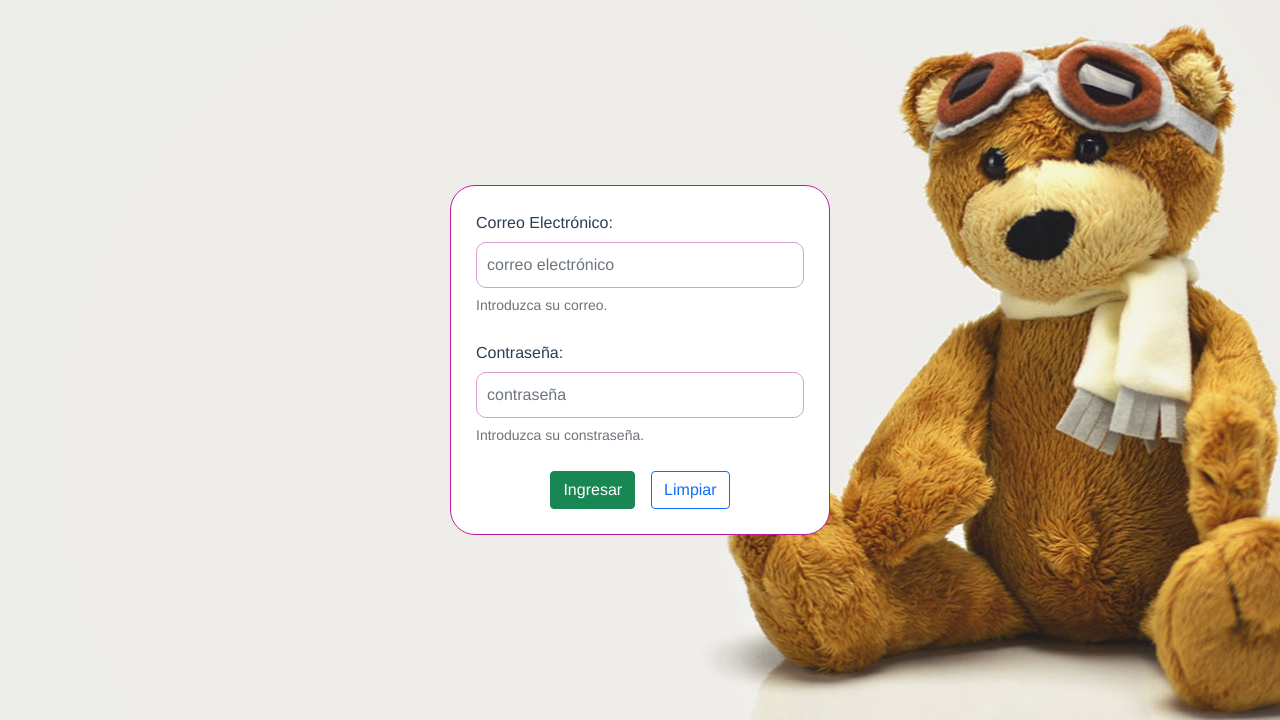
Repository: Darigo30/prueba-jugueteria
Page: /login
The author's editor kept a copy of each file at every save. The page is drawn from the files as they stood at one save, then again after the next save.
The browser window is 1280 px wide. The pictures show the whole page.
Some web fonts or font styles are not loaded; a fallback is used. The project was rebuilt for these pictures with package versions that can differ from the ones it lists, and the page was loaded fresh each time. Also part of the build but not shown: src/components/Editar.vue, src/components/Tabla.vue, src/components/Agregar.vue, src/views/Home.vue.

Above is the page before, as saved 2021-05-30 21:26:58.

### public/index.html
<!DOCTYPE html>
<html lang="">
  <head>
    <meta charset="utf-8">
    <meta http-equiv="X-UA-Compatible" content="IE=edge">
    <meta name="viewport" content="width=device-width,initial-scale=1.0">
    <link rel="icon" href="<%= BASE_URL %>favicon.ico">
    <link rel="preconnect" href="https://fonts.gstatic.com">
    <link href="https://fonts.googleapis.com/css2?family=Londrina+Solid:wght@300;400;900&display=swap" rel="stylesheet">
    <title><%= htmlWebpackPlugin.options.title %></title>
  </head>
  <body>
    <noscript>
      <strong>We're sorry but <%= htmlWebpackPlugin.options.title %> doesn't work properly without JavaScript enabled. Please enable it to continue.</strong>
    </noscript>
    <div id="app"></div>
    <!-- built files will be auto injected -->
  </body>
</html>

### src/main.js
import Vue from "vue";
import App from "./App.vue";
import router from "./router";
import store from "./store";
import { BootstrapVue, IconsPlugin } from "bootstrap-vue";

import "bootstrap/dist/css/bootstrap.css";
import "bootstrap-vue/dist/bootstrap-vue.css";

Vue.use(BootstrapVue);
Vue.use(IconsPlugin);

Vue.config.productionTip = false;

import firebase from "firebase";
import { firebaseConfig } from "../firebase";

firebase.initializeApp(firebaseConfig);

router.beforeEach((to, from, next) => {
  const isAuthenticated = localStorage.getItem("login");

  if (to.name !== "Login" && isAuthenticated !== "logueado")
    next({ name: "Login" });
  else if (to.name === "Login" && isAuthenticated === "logueado")
    next({ name: "Home" });
  else next();
});

new Vue({
  router,
  store,
  render: (h) => h(App),
}).$mount("#app");

### src/App.vue
<template>
  <div id="app">
    <router-view />
  </div>
</template>

<script>
import { mapActions } from "vuex";

export default {
  name: "App",
  methods: {
    ...mapActions(["getProductos"]),
  },
  created() {
    this.getProductos();
  },
};
</script>

<style lang="scss">
#app {
  font-family: Avenir, Helvetica, Arial, sans-serif;
  -webkit-font-smoothing: antialiased;
  -moz-osx-font-smoothing: grayscale;
  text-align: center;
  color: #2c3e50;
}

#nav {
  padding: 30px;

  a {
    font-weight: bold;
    color: #2c3e50;

    &.router-link-exact-active {
      color: #42b983;
    }
  }
}
</style>

### src/router/index.js
import Vue from "vue";
import VueRouter from "vue-router";
import Home from "../views/Home.vue";

Vue.use(VueRouter);

const routes = [
  {
    path: "/",
    name: "Home",
    component: Home,
  },
  {
    path: "/about",
    name: "About",
    // route level code-splitting
    // this generates a separate chunk (about.[hash].js) for this route
    // which is lazy-loaded when the route is visited.
    component: () =>
      import(/* webpackChunkName: "about" */ "../views/About.vue"),
  },
  {
    path: "/login",
    name: "Login",
    component: () =>
      import(/* webpackChunkName: "login" */ "../views/Login.vue"),
  },
];


const router = new VueRouter({
  mode: "history",
  base: process.env.BASE_URL,
  routes,
});

export default router;

### src/store/index.js
import Vue from "vue";
import Vuex from "vuex";
import firebase from "firebase";
import router from "@/router"

Vue.use(Vuex);

export default new Vuex.Store({
  state: {
    productos: [],
    titulos: [
      {
        label: "Código",
        key: "codigo",
      },
      {
        label: "Producto",
        key: "nombre",
      },
      {
        label: "Stock",
        key: "stock",
      },
      {
        label: "Precio",
        key: "precio",
      },
      {
        key: "actions",
        label: "Acciones",
      },
    ],
    editar: false,
    jugueteEditar: {
      nombre: "",
      precio: "",
      codigo: "",
      id: "",
      stock: "",
    },
  },
  mutations: {
    guardarProductos(state, payload) {
      const juguete = payload;
      if (!juguete) return;
      state.productos.push(juguete);
    },
    borrarProducto(state, payload) {
      const juguete = payload;
      if (!juguete) return;
      let borradoFila = state.productos.filter(juguetex => juguetex.codigo != payload.codigo );
      state.productos = borradoFila;
      console.log(borradoFila);
    },
    booleanEditar(state) {
      state.editar = true;
    },
    editarJuguete(state, payload) {
      const juguete = payload;
      state.jugueteEditar = juguete;
    },
    agregarJugueteAlState(state, payload) {
      const existeJuguete = state.productos.find((juguetito) => juguetito.codigo === payload.codigo);
       // Si no existe ingresar a la base de datos.
       if (!existeJuguete) state.productos.push(payload);
    }
  },
  actions: {
    async getProductos({ commit }) {
      const db = firebase.firestore();
      try {
        const req = await db.collection("juguetes").get();
        if (req) {
          req.docs.forEach((juguete) => {
            const obj = juguete.data();
            const id = juguete.id;
            obj.id = id;
            commit("guardarProductos", obj);
          });
        }
      } catch (error) {
        console.log(error);
      }
    },
    async deleteProducto({ commit }, payload) {
      const juguete = payload;
      if (!juguete) return;
      const idFirebase = juguete.id;

      // Eliminar desde Firebase
      try {
        const db = firebase.firestore();
        const req = await db.collection("juguetes").doc(idFirebase).delete();
        console.log(req);
      } catch (error) {
        console.log(error);
      }

      // Eliminar desde Vuex
      commit("borrarProducto", juguete);
    },
    //actualizar tabla juguetes
    async updateProducto({ commit }, payload) {
      const juguete = payload;
      if (!juguete) return;
      const idFirebase = juguete.id;

      // Firebase
      try {
        const req = await firebase.firestore().collection("juguetes").doc(idFirebase).update({
            codigo: juguete.codigo,
            stock: juguete.stock,
            nombre: juguete.nombre,
            precio: juguete.precio
          });
        console.log(req);
      } catch (error) {
        console.log(error);
      }
      // Vuex
      commit();
    },
    //Agrego nuevo producto
    async crearNuevoProducto({ commit }, payload) {
      const nuevo = payload;
      if (!nuevo) return;
     // Actualizar el state
      commit("agregarJugueteAlState", nuevo);
      await firebase.firestore().collection("juguetes").add(nuevo);
    },
    cerrar(){
      localStorage.removeItem("login")
      firebase.auth().signOut()
      .then(() => {
          router.push('/login')
          .catch(error => {
            console.info(error)
         });
      });
  }
  },
  modules: {},
});

### firebase.js
// import firebase from "firebase";

const firebaseConfig = {
  apiKey: "AIzaSyDvwglZwsMT4GnbYgCJ6nH0Bmr47wSCZrA",
  authDomain: "bd-dari.firebaseapp.com",
  projectId: "bd-dari",
  storageBucket: "bd-dari.appspot.com",
  messagingSenderId: "200953098330",
  appId: "1:200953098330:web:2519dca58d3ee2c2336863",
  measurementId: "G-12NBXGDB2J"
};
export { firebaseConfig };

### src/views/Login.vue
<template>
<div class="bg">
   <b-container>
    <b-row style="height: 100vh">
      <b-col class="m-auto fo" cols="12" md="4">
        <b-form-group
          label="Correo Electrónico:"
          description="Introduzca su correo."
          class="text-start mb-4"
        >
          <b-form-input
            v-model="form.email"
            type="email"
            placeholder="correo electrónico"
          ></b-form-input>
        </b-form-group>

        <b-form-group
          label="Contraseña:"
          description="Introduzca su constraseña."
          class="text-start mb-4"
        >

          <b-form-input
            v-model="form.pass"
            type="password"
            placeholder="contraseña"
          ></b-form-input>
        </b-form-group>

        <b-button @click="login" variant="success" class="me-3"
          >Ingresar</b-button
        >
        <b-button @click="limpiar" variant="outline-primary">Limpiar</b-button>
      </b-col>
    </b-row>
  </b-container>
</div>

</template>

<script>
import firebase from "firebase";

export default {
  name: "Login",
  data() {
    return {
      form: {
        email: "",
        pass: "",
      },
    };
  },
  methods: {
    async login() {
      try {
        if (!this.form && !this.form.email && !this.form.pass) return;
        const req = await firebase
          .auth()
          .signInWithEmailAndPassword(this.form.email, this.form.pass);
        console.log(req);
        // if (req && req != null) this.$router.push("/");

        if (req && req != null) {
          localStorage.setItem("login", "logueado");
          this.$router.push("/");
        }
      } catch (error) {
        const errorCode = error.code;
        const errorMessage = error.message;
        console.log("Código de Error", errorCode);
        console.log("Mensaje de Error", errorMessage);
      }
    },
    limpiar() {
      if (!this.form) return;
      this.form.email = "";
      this.form.pass = "";
    },
  },
};
</script>
<style scoped>
    .bg{
      background-image: url('../assets/osito.jpg');
      background-position: center;
      background-repeat: no-repeat;
  }
  .fo{
    background: #fff;
    padding: 25px;
    border: 1px solid #c1189f;
    border-radius: 25px;
  }

  .form-control{
    border: 1px solid #d99dcd;
    border-radius: 10px;
    margin: 5px 0;
    padding: 10px;
}
</style>

After the next save:
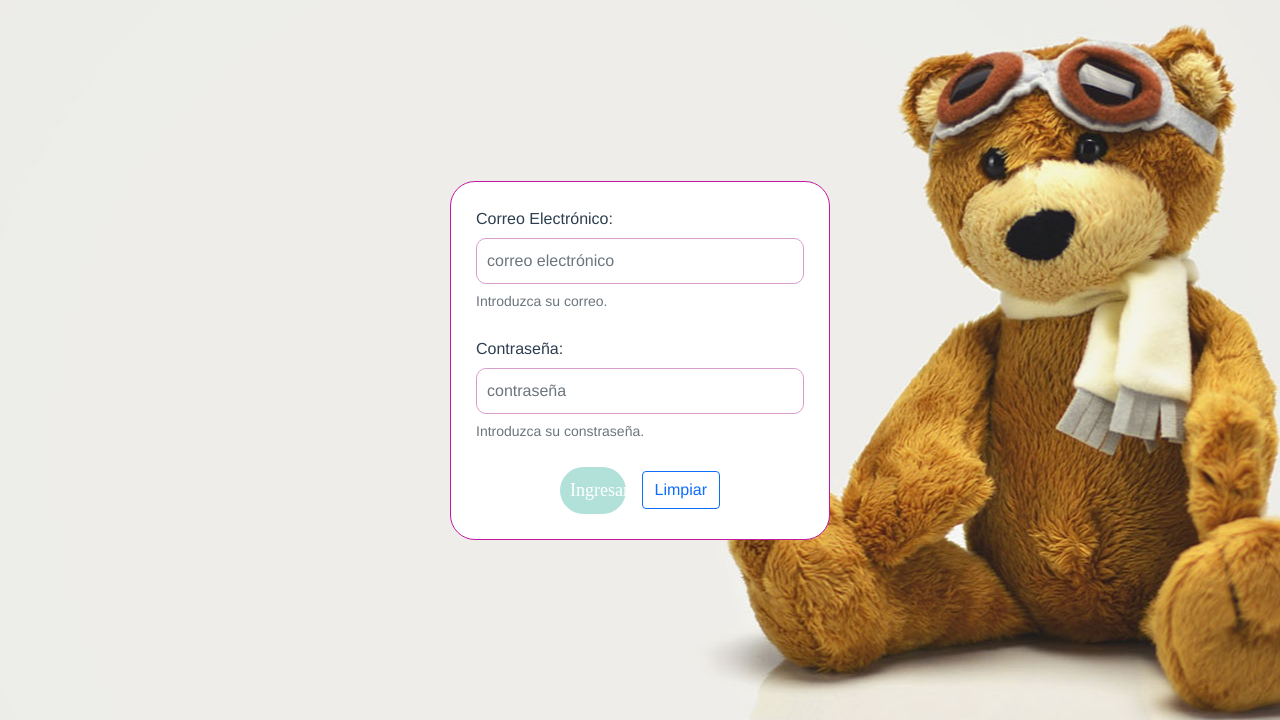
Saved 58 s later.
--- a/src/views/Login.vue
+++ b/src/views/Login.vue
@@ -28,7 +28,7 @@
           ></b-form-input>
         </b-form-group>
 
-        <b-button @click="login" variant="success" class="me-3"
+        <b-button @click="login" variant="success" class="me-3 agr-ju"
           >Ingresar</b-button
         >
         <b-button @click="limpiar" variant="outline-primary">Limpiar</b-button>
@@ -100,4 +100,16 @@ export default {
     margin: 5px 0;
     padding: 10px;
 }
+.agr-ju{
+    background: #b2e1d9;
+    border: 0;
+    color: #fff;
+    font-weight: 400;
+    padding: 10px;
+    font-size: 18px;
+    border-radius: 28px;
+    font-family: 'Londrina Solid';
+    width: 20%;
+
+}
 </style>
